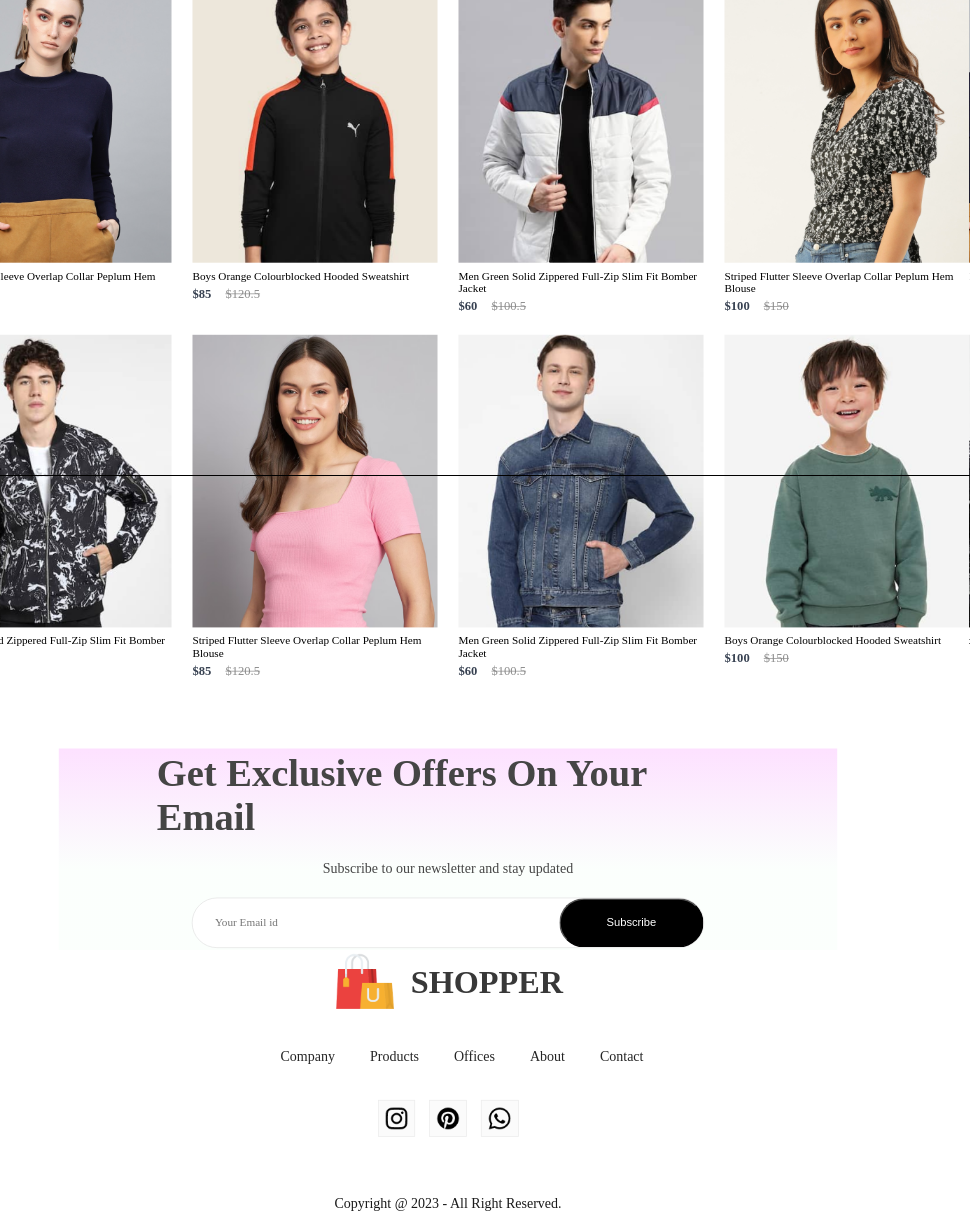
Repository: Nandhini653/SHOPPER-ECOM
Page: /
These files come from the project's save history. The page is drawn as it stood at one moment and after a run of saves; the edit follows.
The browser window is 1280 px wide. The page is 1385 px wide, so the pictures cover 1385 px, including what lies to the right of the window. The pictures show the part of the page from y = 2226 to 3986 px (the page is 3986 px tall), at 70% of full size.
The project was rebuilt for these pictures with package versions that can differ from the ones it lists, and the page was loaded fresh each time. Also part of the build but not shown: src/App.css, src/Pages/ShopCategory.jsx, src/Pages/Cart.jsx, src/Pages/LoginSignup.jsx, src/Pages/Product.jsx.

Above is the page before, as saved 2024-06-22 18:42:12.

After the next 2 saves:
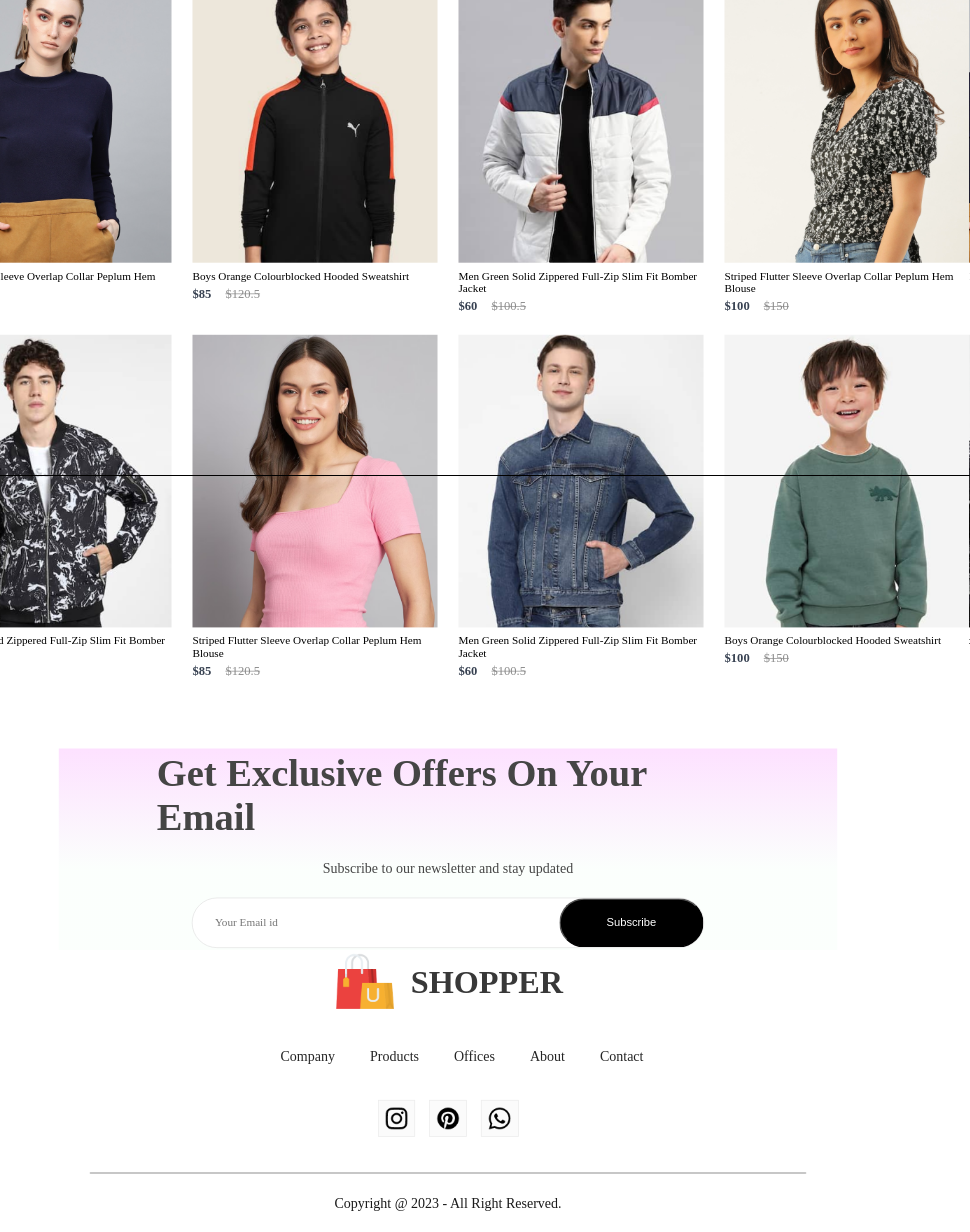
The 2 saves are shown as one change because they came seconds apart.
The last was saved 7 s later.
--- a/src/Components/Footer/Footer.css
+++ b/src/Components/Footer/Footer.css
@@ -58,5 +58,5 @@
      border: none;
      border-radius: 10px;
      height: 3px;
-     background:# ;
+     background:#c7c7c7 ;
 }
